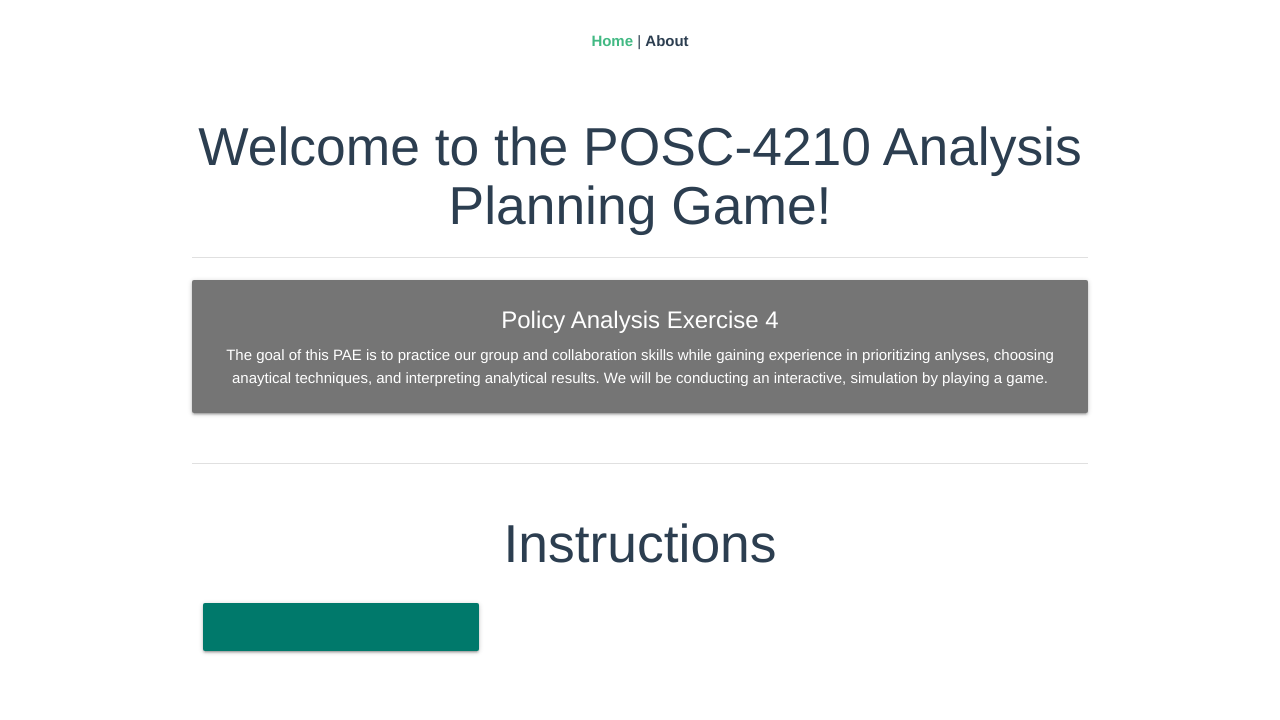
Repository: gallard28/posc4210app
Page: /
An editor plug-in stored every save of this project. The page is shown before and after the next save, followed by the edit.
The browser window is 1280 px wide. The pictures show the whole page.
The project was rebuilt for these pictures with package versions that can differ from the ones it lists, and the page was loaded fresh each time.

Above is the page before, as saved 2020-09-20 16:06:00.

### public/index.html
<!DOCTYPE html>
<html lang="en">
  <head>
    <meta charset="utf-8">
    <meta http-equiv="X-UA-Compatible" content="IE=edge">
    <meta name="viewport" content="width=device-width,initial-scale=1.0">
    <link rel="icon" href="<%= BASE_URL %>favicon.ico">
    <title><%= htmlWebpackPlugin.options.title %></title>

    <!-- Materialize CSS -->
    <!-- Compiled and minified CSS -->
    <link rel="stylesheet" href="https://cdnjs.cloudflare.com/ajax/libs/materialize/1.0.0/css/materialize.min.css">

    <!-- Compiled and minified JavaScript -->
    <script src="https://cdnjs.cloudflare.com/ajax/libs/materialize/1.0.0/js/materialize.min.js"></script>

  </head>
  <body>
    <noscript>
      <strong>We're sorry but <%= htmlWebpackPlugin.options.title %> doesn't work properly without JavaScript enabled. Please enable it to continue.</strong>
    </noscript>
    <div id="app"></div>
    <!-- built files will be auto injected -->
  </body>
</html>

### src/views/Home.vue
<template>
  <div class="home container">
    <div class="col s12">
      <h2>Welcome to the POSC-4210 Analysis Planning Game!</h2>
    </div>
    <!-- Description -->
    <div class="divider"></div>
    <div class="section">
      <div class="row">
        <div class="cols s12">
          <!-- Card -->
          <div class="card grey darken-1">
            <div class="card-content white-text">
              <span class="card-title">Policy Analysis Exercise 4</span>
              <p>The goal of this PAE is to practice our group and collaboration skills while gaining experience in prioritizing anlyses, choosing anaytical techniques, and interpreting analytical results. We will be conducting an interactive, simulation by playing a game.</p>
            </div>
          </div>
        </div>
    </div>
    </div>
    <!-- Insturctions -->
    <div class="divider"></div>
    <div class="section">
      <div class="headline">
        <h2>Instructions</h2>
      </div>
      <div class="row">
        <!-- Card 1 -->
        <div class="col s4">
          <div class="card teal darken-2">
            <div class="card-content"></div>
          </div>
        </div>
        <!-- Card 2 -->
        <div class="col s4"></div>
        <!-- Card 3 -->
        <div class="col s4"></div>
      </div>
    </div>


  </div>
</template>

<script>
export default {
  name: 'Home',
  components: {
  }
}
</script>

Loaded but not shown: src/main.js (common file); src/App.vue (common file); src/router/index.js (common file)

After the next save:
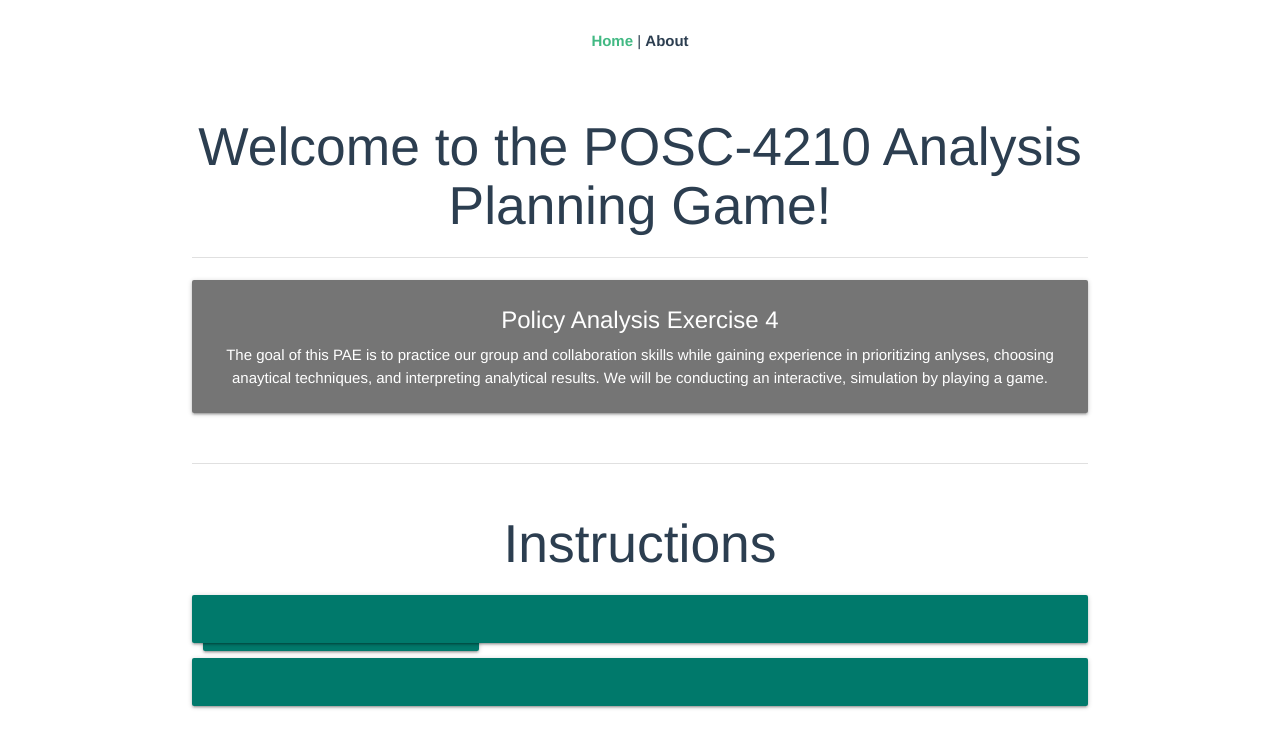
Saved 14 s later.
--- a/src/views/Home.vue
+++ b/src/views/Home.vue
@@ -33,8 +33,14 @@
         </div>
         <!-- Card 2 -->
         <div class="col s4"></div>
+                  <div class="card teal darken-2">
+            <div class="card-content"></div>
+          </div>
         <!-- Card 3 -->
         <div class="col s4"></div>
+                  <div class="card teal darken-2">
+            <div class="card-content"></div>
+          </div>
       </div>
     </div>
 

After the save that followed:
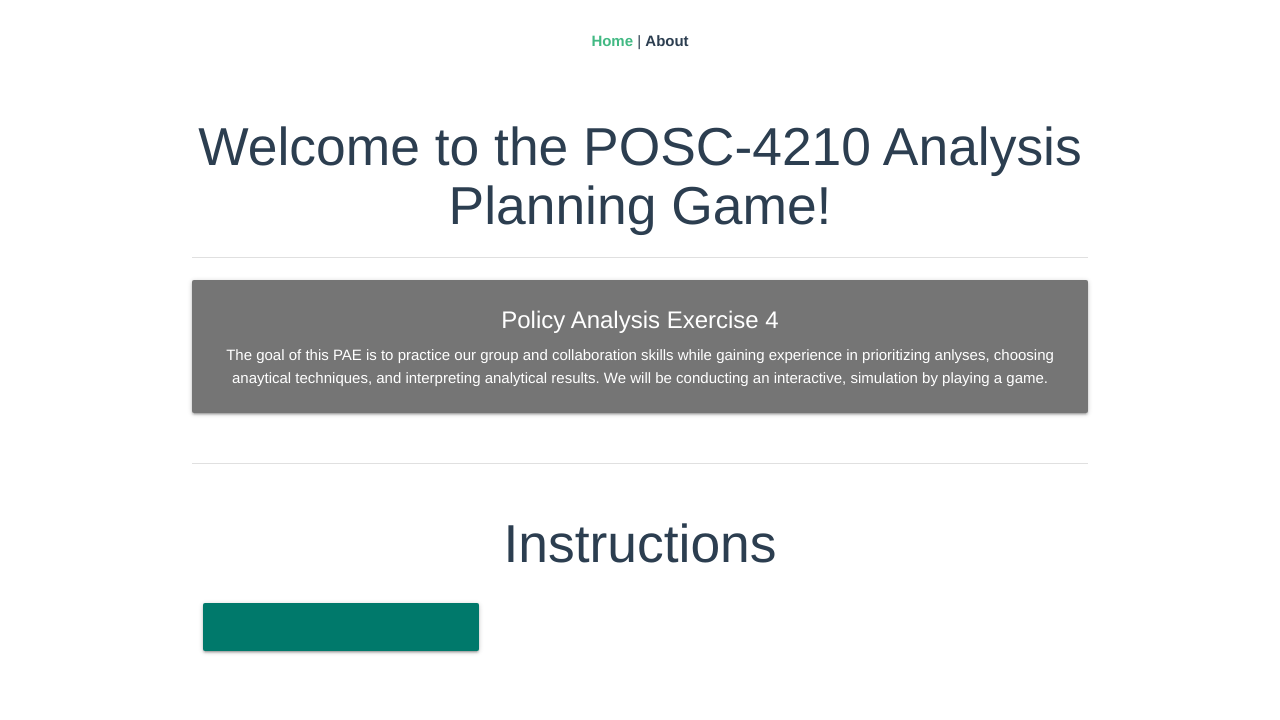
Saved 11 s later.
--- a/src/views/Home.vue
+++ b/src/views/Home.vue
@@ -33,14 +33,8 @@
         </div>
         <!-- Card 2 -->
         <div class="col s4"></div>
-                  <div class="card teal darken-2">
-            <div class="card-content"></div>
-          </div>
         <!-- Card 3 -->
         <div class="col s4"></div>
-                  <div class="card teal darken-2">
-            <div class="card-content"></div>
-          </div>
       </div>
     </div>
 
